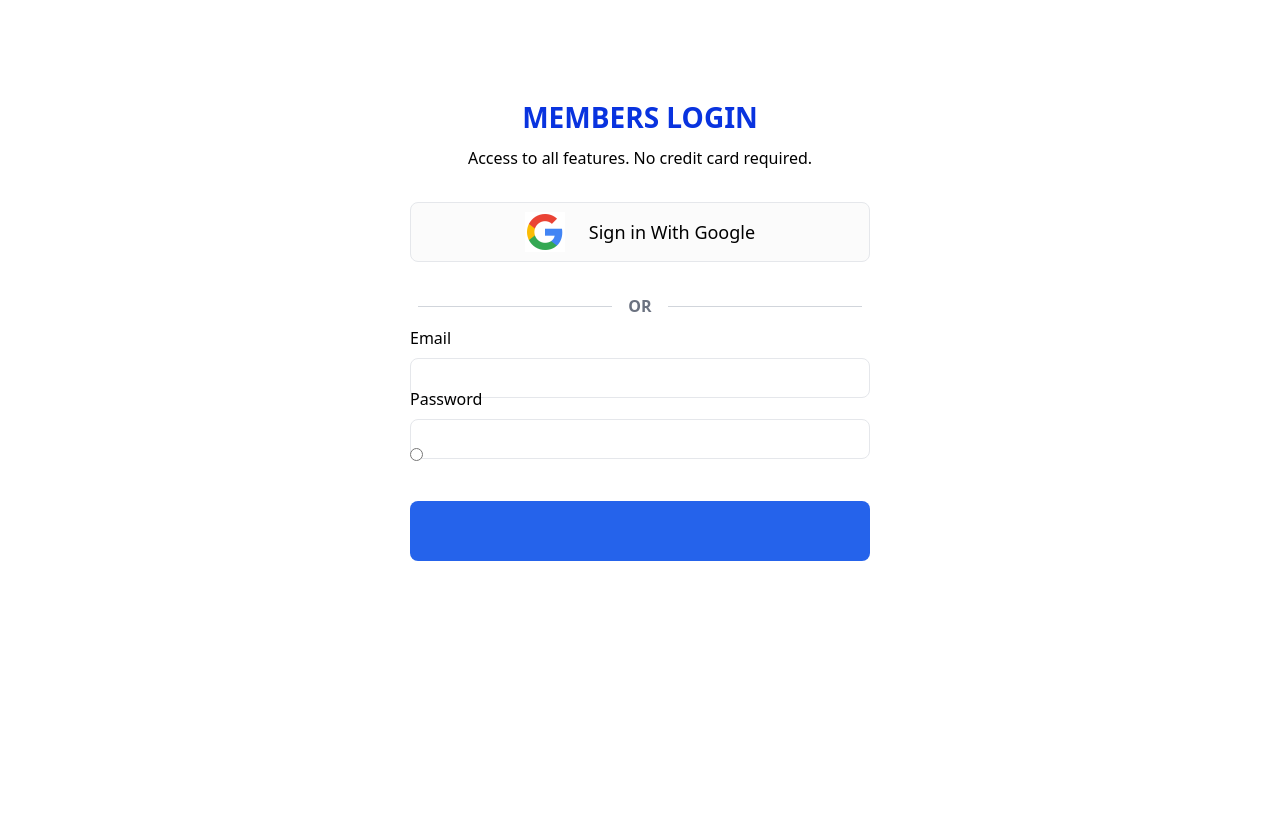
Repository: MaramMaryam/login
Page: login.html
The author's editor kept a copy of each file at every save. The page is drawn from the files as they stood at one save, then again after the next save.
The browser window is 1280 px wide. The pictures show the whole page.
Some web libraries are served in a nearby version.

Above is the page before, as saved 2023-06-29 11:44:15.

After the next save:
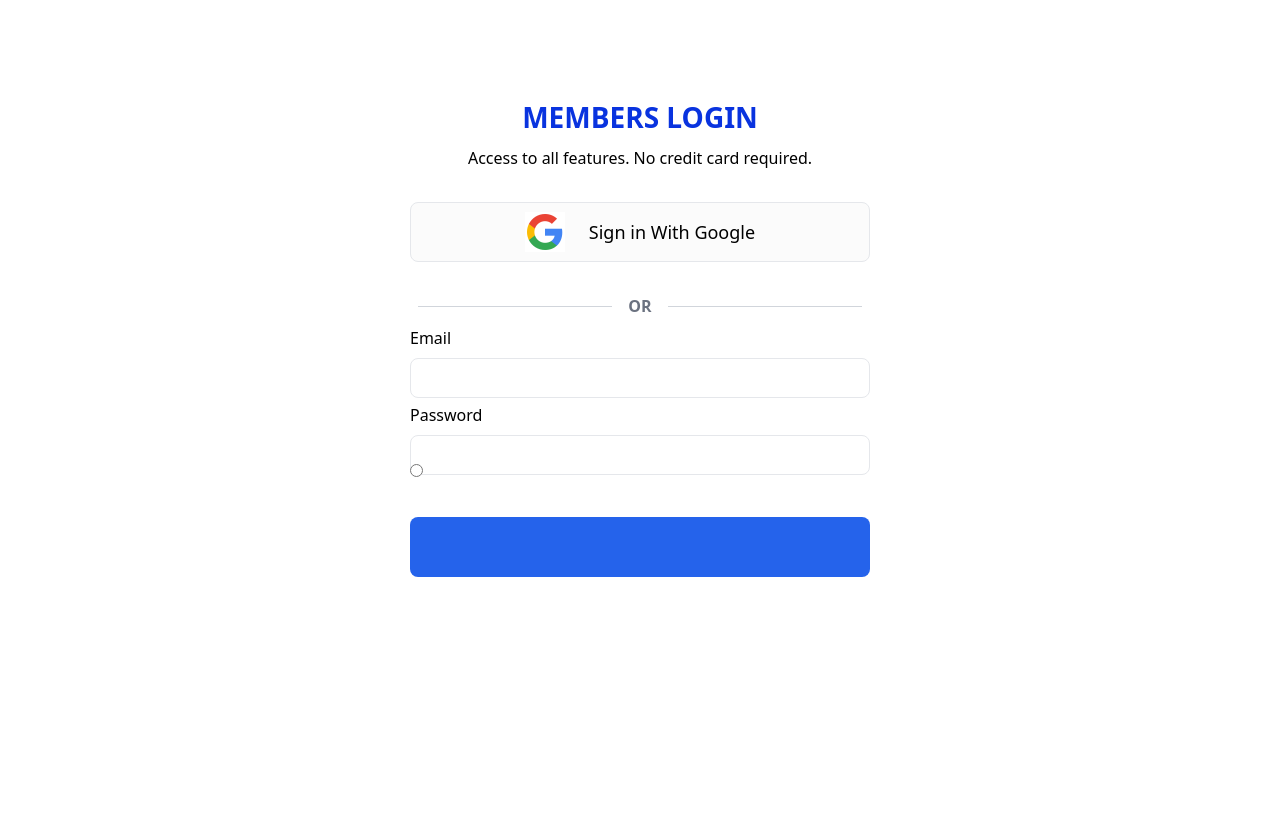
Saved 5 s later.
--- a/login.html
+++ b/login.html
@@ -41,7 +41,7 @@
             <div class="flex-grow border-t border-gray-300 mx-2"></div>
         </div>
         <form class="w-full">
-            <div class="h-[45px] my-2 mb-4">
+            <div class="h-[45px] my-2 mb-8">
                 <div class="flex flex-col">
                     <label class="mb-2">Email</label>
                     <div
